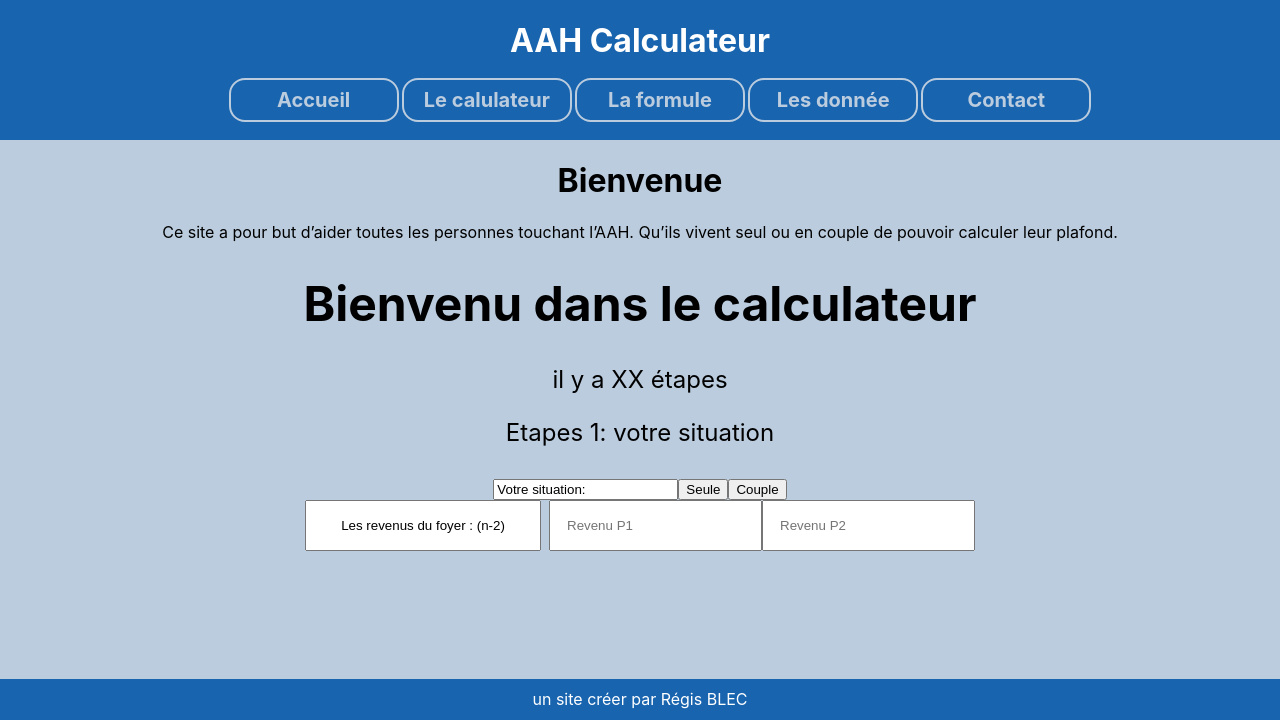
Repository: Cide74/calculateur-aah
Page: /
An editor plug-in stored every save of this project. The page is shown before and after the next save, followed by the edit.
The browser window is 1280 px wide. The pictures show the whole page.
The project was rebuilt for these pictures with package versions that can differ from the ones it lists, and the page was loaded fresh each time.

Above is the page before, as saved 2021-04-05 18:25:32.

### public/index.html
<!DOCTYPE html>
<html lang="fr">
  <head>
    <meta charset="utf-8" />
    <link rel="icon" href="%PUBLIC_URL%/logoAAH.ico" />
    <meta name="viewport" content="width=device-width, initial-scale=1" />
    <meta name="theme-color" content="#000000" />
    <meta
      name="description"
      content="Web site created using create-react-app"
    />
    <link rel="apple-touch-icon" href="%PUBLIC_URL%/logoAAH.jpg" />
    <!--
      manifest.json provides metadata used when your web app is installed on a
      user's mobile device or desktop. See https://developers.google.com/web/fundamentals/web-app-manifest/
    -->
    <link rel="manifest" href="%PUBLIC_URL%/manifest.json" />
    <!--
      Notice the use of %PUBLIC_URL% in the tags above.
      It will be replaced with the URL of the `public` folder during the build.
      Only files inside the `public` folder can be referenced from the HTML.

      Unlike "/favicon.ico" or "favicon.ico", "%PUBLIC_URL%/favicon.ico" will
      work correctly both with client-side routing and a non-root public URL.
      Learn how to configure a non-root public URL by running `npm run build`.
    -->
    <title>React App</title>
  </head>
  <body>
    <noscript>You need to enable JavaScript to run this app.</noscript>
    <div id="root"></div>
    <!--
      This HTML file is a template.
      If you open it directly in the browser, you will see an empty page.

      You can add webfonts, meta tags, or analytics to this file.
      The build step will place the bundled scripts into the <body> tag.

      To begin the development, run `npm start` or `yarn start`.
      To create a production bundle, use `npm run build` or `yarn build`.
    -->
  </body>
</html>

### src/index.css
body {
  margin: 0;
  font-family: -apple-system, BlinkMacSystemFont, 'Segoe UI', 'Roboto', 'Oxygen',
    'Ubuntu', 'Cantarell', 'Fira Sans', 'Droid Sans', 'Helvetica Neue',
    sans-serif;
  -webkit-font-smoothing: antialiased;
  -moz-osx-font-smoothing: grayscale;







  background-color:#BBCCDE;
  background-color:#1864AF;
}

code {
  font-family: source-code-pro, Menlo, Monaco, Consolas, 'Courier New',
    monospace;
}

### src/App.js
import Header from './components/Header/Header';
import Menu from './components/Menu/Menu';
import Main from './components/Main/Main';
import Footer from './components/Footer/Footer';

import './App.scss';

function App() {
  return (
    <div className="App">
      <Header />
      <Menu />
      <Main />
      <Footer />
    </div>
  );
}

export default App;

### src/components/Header/Header.js
//import Menu from '../Menu/Menu';
import './Header.scss';

export default function Header() {
  return (
    <div className="header">
      <h1 className="header-title">AAH Calculateur</h1>

    </div>
  );
}

### src/components/Menu/Menu.js

import './Menu.scss';

export default function Menu() {
  return (
		<nav className="menu">
			<ul className="menu__list">
				<li className="menu__item menu__item--current">
          <a className="menu__link">Accueil</a></li>
				<li className="menu__item">
          <a className="menu__link">Le calulateur</a></li>
				<li className="menu__item">
          <a className="menu__link">La formule</a></li>
				<li className="menu__item">
          <a className="menu__link">Les donnée</a></li>
				<li className="menu__item">
          <a className="menu__link">Contact</a></li>
			</ul>
		</nav>
  );
}

### src/components/Main/Main.js
import Home from '../Home/Home';
import Calculator from '../Calculator/Calculator';

import './Main.scss';

export default function Main() {
  return (
    <div className="Main">
      < Home />
      < Calculator />

    </div>
  );
}

### src/components/Footer/Footer.js
import './Footer.scss';

export default function Footer() {
  return (
    <div className="Footer">
      <h1 className="Footer-title">un site créer par Régis BLEC</h1>
    </div>
  );
}

### src/App.scss
.App {

  text-align: center;
  background-color:#1864AF ;
  background-color:#BBCCDE;

  display: flex;
  flex-direction: column;
  min-height: 100vh;

  h1 {
   // color:white;
  }
}

### src/components/Header/Header.scss
.header {
    background-color:#1864AF;
    &-title {
        color: white;
        font-size: 2em;
        background-color:#1864AF;
        margin-bottom: 0rem ;
    }
}

### src/components/Menu/Menu.scss
.menu {
    color:#BBCCDE;
    background-color:#1864AF;
    &__list {
        display:inline-flex;
    }
    &__item {
        max-width: auto;
        margin:0.1rem;
        padding: 0.5rem;
        list-style:none;
        font-size: 1.25em;
        font-weight: bolder;
        border-radius: 1rem ;
        border:2px solid #BBCCDE;
        min-width: 150px;
    }
    &__item:hover {
            color :#1864AF;
            border-radius: 3rem ;
            background-color:#BBCCDE;
        }
}

### src/components/Home/Home.js


import './Home.scss';

export default function Home() {
  return (
    <div className='Home'>
      <h1>Bienvenue</h1>
      <p>Ce site a pour but d’aider toutes les personnes touchant l’AAH. Qu’ils vivent seul ou en couple de pouvoir calculer leur plafond. </p>

    </div>
  );
}

### src/components/Calculator/Calculator.js
import React from 'react';
import { Button } from 'semantic-ui-react'

import './Calculator.scss';

export default function Calculator() {

  return (
    <div className='calculateur'>



      <h1>Bienvenu dans le calculateur</h1>
      <p>il y a XX étapes </p>
        <form className="form">
          <p>Etapes 1: votre situation</p>
          <div className='form-situation'>
            <input
              type='text'
              className='form-situation-text'
              onChange= ''
              value="Votre situation:"
              name='revenu-text'
            />
            <Button
              className='form-situation-seule'
              content='Seule'
              name='Seule'
              />
            <Button
              className='form-situation-couple'
              content='Couple'
              name='Couple'
              />


          </div>
        </form>
      <form className='form'>
        <div className="field-revenu">
          <input
            type='text'
            className='field-input-revenu-text'
            onChange= ''
            value="Les revenus du foyer : (n-2)"
            name='revenu-text'
          />
          <input
            type='number'
            className='field-input-revenu'
            onChange= ''
            value=""
            //onChange={handleChange}
            placeholder='Revenu P1 '
            name='revenu1'
          />
          <input
            type='number'
            className='field-input-revenu'
            onChange= ''
            value=""
            //onChange={handleChange}
            placeholder='Revenu P2 '
            name='revenu1'
          />
        </div>
      </form>
    </div>
  );
}

### src/components/Main/Main.scss
.Main {
    background-color: #BBCCDE;
    flex: 1;


    p {
    overflow: auto;
    }

}

### src/components/Footer/Footer.scss
.Footer {

    text-align: center;
    background-color:#1864AF;

    position: relative;
    width: 100%;

    &-title {
        text-align: center;
        text-overflow: clip;
        color:white;
        font-weight: normal;
        font-size: 1em;
    }

}

### src/components/Calculator/Calculator.scss
.calculateur {
   // color:orange;
    font-size: 1.5rem;
    .form {

        text-align: center;

        & form-situation-text {
            color:red;
        margin-right: 0.5rem;
        padding: 1rem;

        }
    }


    .field-input-revenu {
        color:red;

        width: max-content;
        padding: 1rem;

        &-text {
            text-align: center;
            width: 200px;
            margin-right: 0.5rem;
            padding: 1rem;
        }}
}

Loaded but not shown: src/index.js (common file); src/reportWebVitals.js (common file); src/components/Home/Home.scss (no stored copy; drawn as an empty file)

After the next save:
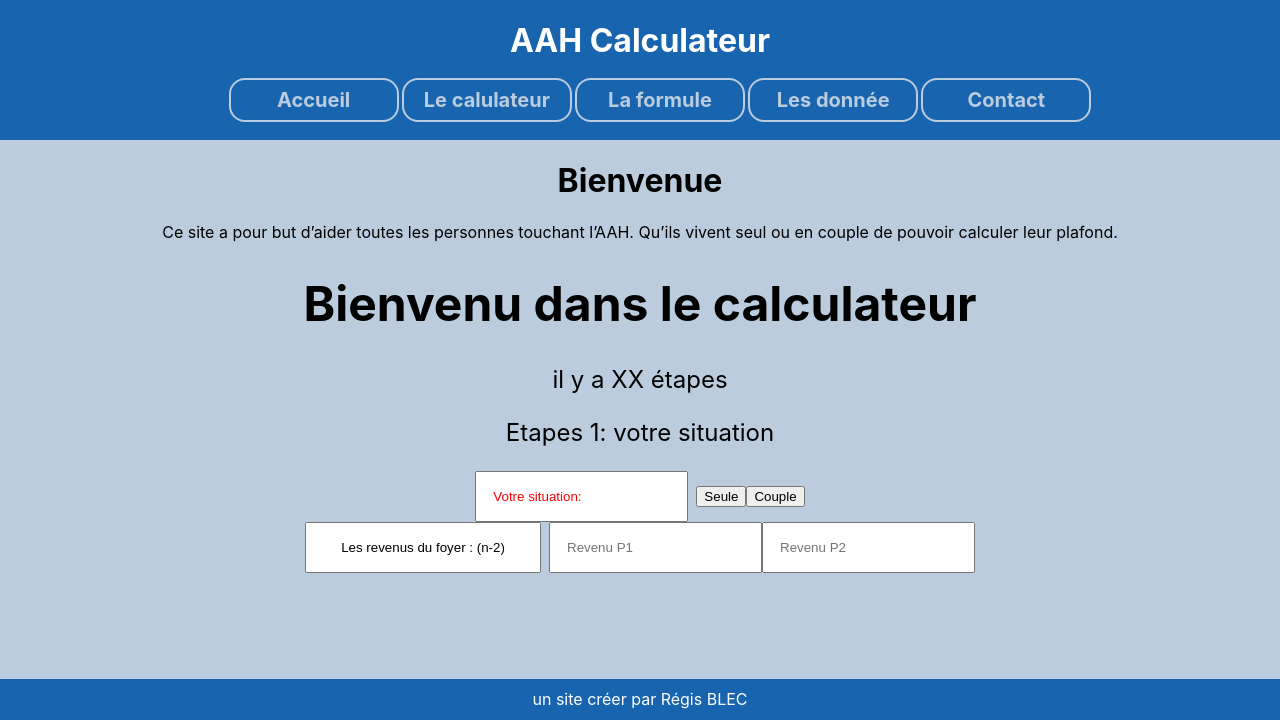
Saved 8 s later.
--- a/src/components/Calculator/Calculator.scss
+++ b/src/components/Calculator/Calculator.scss
@@ -5,7 +5,7 @@
 
         text-align: center;
 
-        & form-situation-text {
+        &-situation-text {
             color:red;
         margin-right: 0.5rem;
         padding: 1rem;
